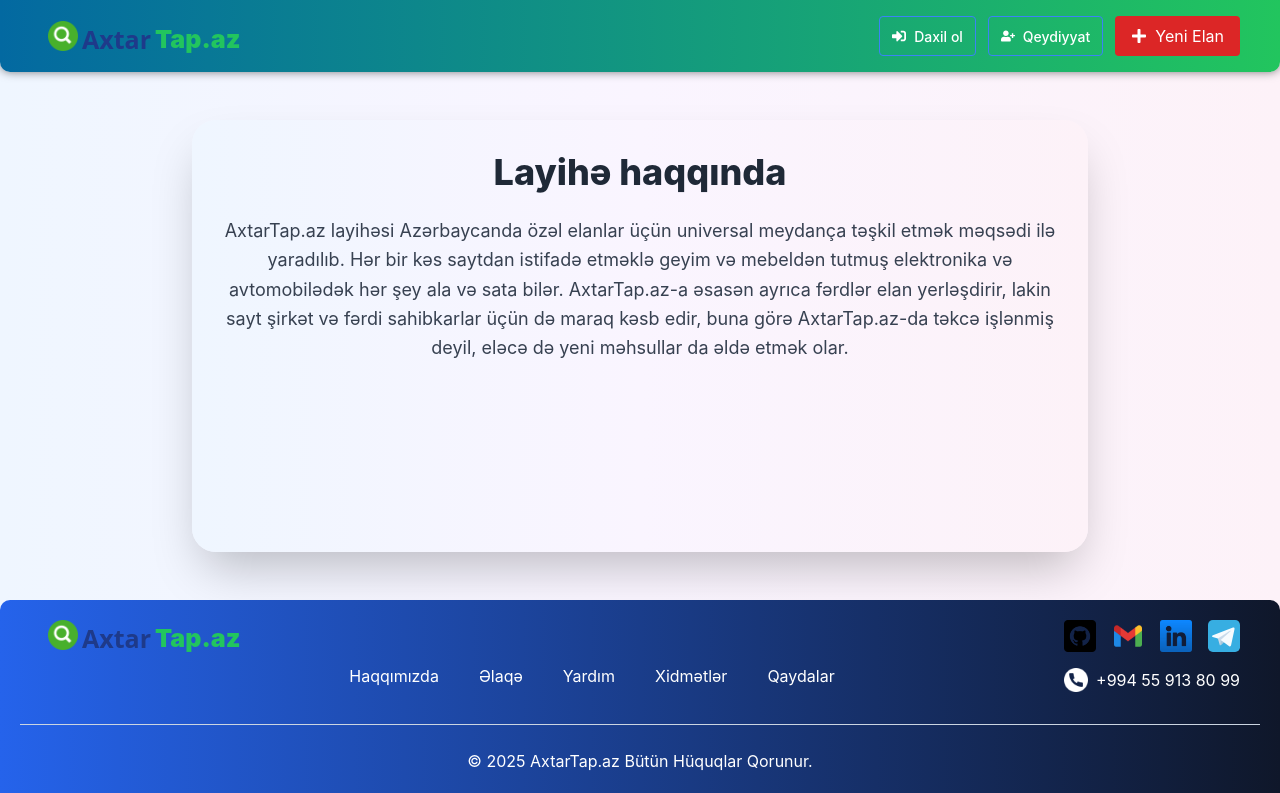
Repository: Omur56/AxtarTap.az
Page: /about
An editor plug-in stored every save of this project. The page is shown before and after the next save, followed by the edit.
The browser window is 1280 px wide. The pictures show the whole page.
The project was rebuilt for these pictures with package versions that can differ from the ones it lists, and the page was loaded fresh each time. Some packages were replaced by stand-ins written for this rebuild. Also part of the build but not shown: src/pages/Katalog/Cateqories/index.jsx, src/pages/Katalog/index.jsx, src/pages/Contact/index.jsx, src/pages/Qaydalar/index.jsx, src/pages/Yardım/index.jsx, src/pages/Xidmetler/index.jsx, src/pages/Home/index.jsx, src/components/CreatePostNeqliyyat/index.jsx and 32 more.

Above is the page before, as saved 2025-08-21 19:36:15.

After the next save:
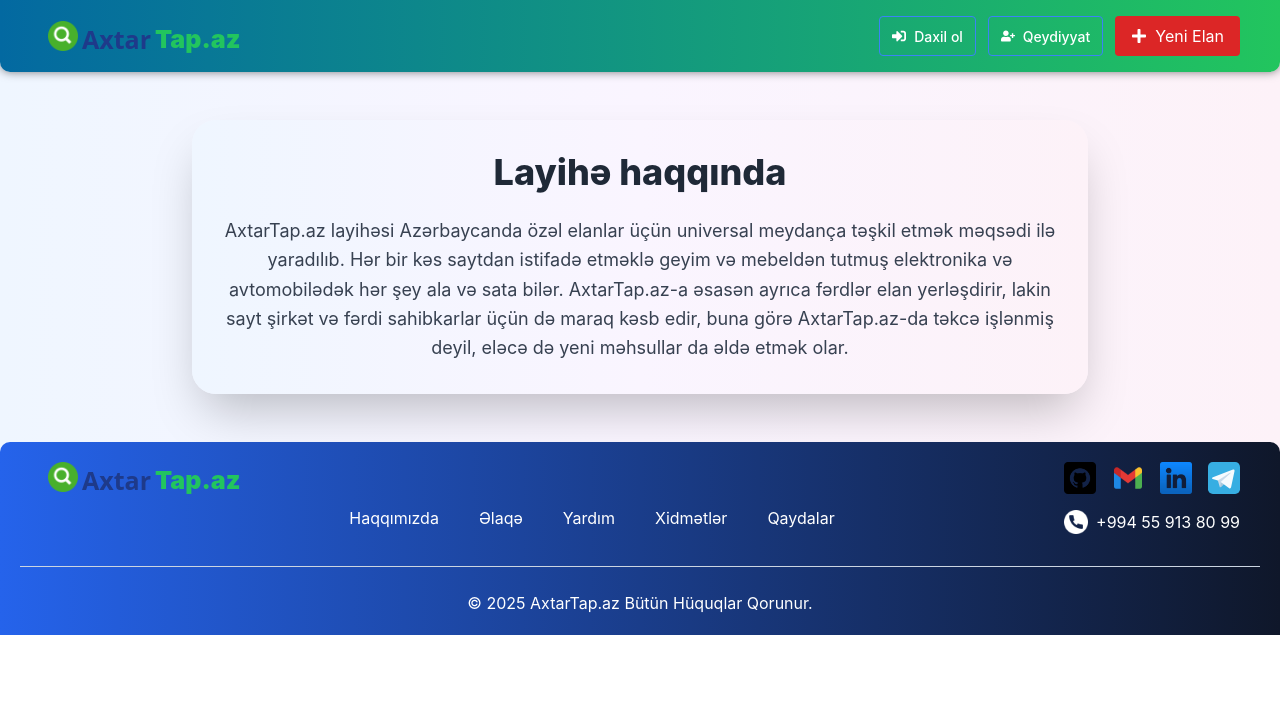
Saved 8 s later.
--- a/src/pages/About/index.jsx
+++ b/src/pages/About/index.jsx
@@ -8,7 +8,7 @@ return( <div>
 
 
 
-<div className="max-w-4xl mx-auto p-8 mt-12 mb-12 min-h-[60vh] bg-gradient-to-r from-blue-50 via-purple-50 to-pink-50 rounded-3xl shadow-2xl">
+<div className="max-w-4xl mx-auto p-8 mt-12 mb-12 min-h- bg-gradient-to-r from-blue-50 via-purple-50 to-pink-50 rounded-3xl shadow-2xl">
   <h2 className="text-4xl font-extrabold text-gray-800 mb-6 text-center">Layihə haqqında</h2>
 
   <p className="text-gray-700 text-lg leading-relaxed text-center">
